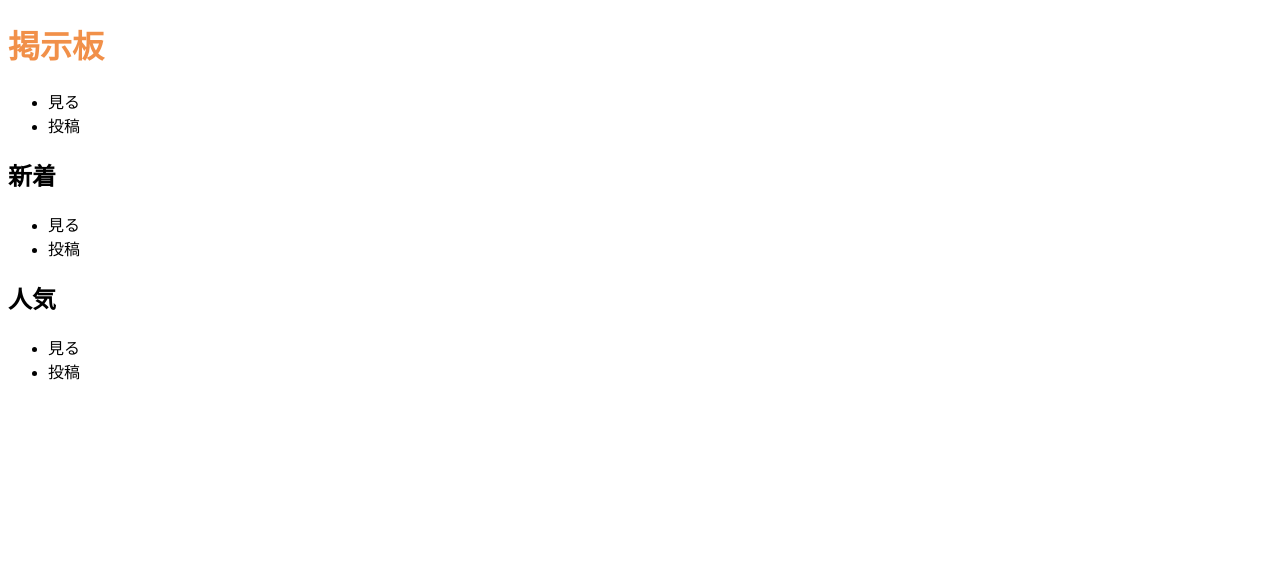
Repository: KustomApe/LandorusInc
Page: index.html
These files come from the project's save history. The page is drawn as it stood at one moment and after the next save; the edit follows.
The browser window is 1280 px wide. The pictures show the whole page.

Above is the page before, as saved 2021-06-26 15:18:23.

### index.html
<!DOCTYPE html>
<html lang="ja">
<head>
    <meta charset="UTF-8">
    <meta http-equiv="X-UA-Compatible" content="IE=edge">
    <meta name="viewport" content="width=device-width, initial-scale=1.0">
    <title>掲示板</title>
    <link rel="stylesheet" href="./css/style.css">
</head>
<body>
<h1>掲示板</h1>
<ul>
    <li>見る</li>
    <li>投稿</li>
</ul>
<h2>新着</h2>
<ul>
    <li>見る</li>
    <li>投稿</li>
</ul>
<h2>人気</h2>
<ul>
    <li>見る</li>
    <li>投稿</li>
</ul>
</body>
</html>

### css/style.css
@charset "utf-8";

h1 {
    color: #F19049;
}

After the next save:
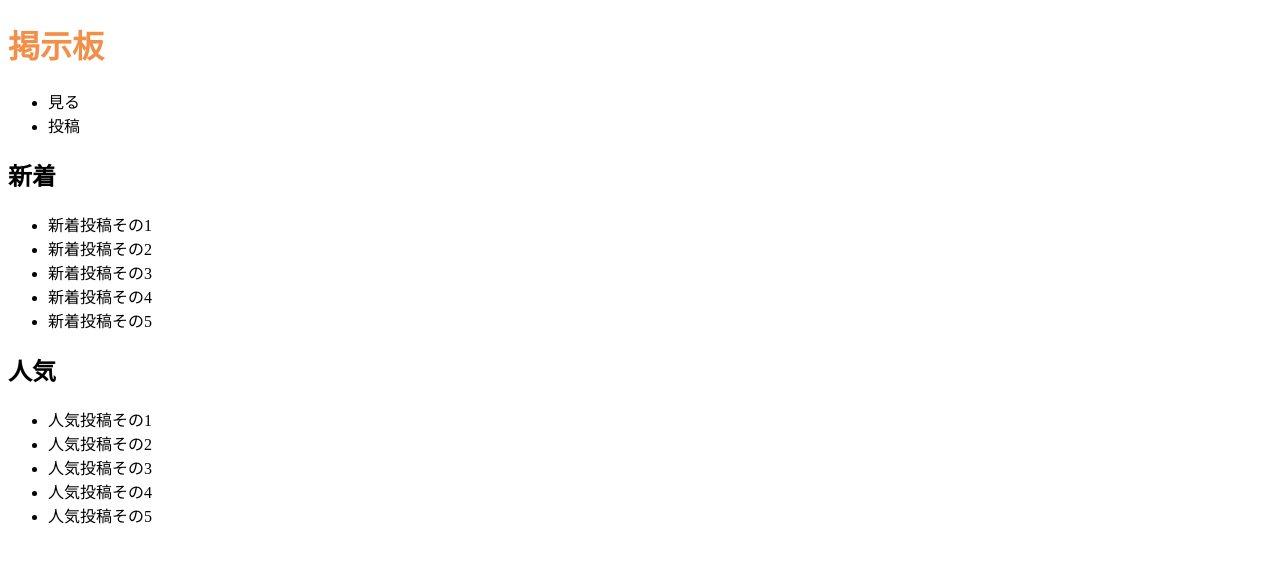
Saved 35 s later.
--- a/index.html
+++ b/index.html
@@ -15,13 +15,19 @@
 </ul>
 <h2>新着</h2>
 <ul>
-    <li>見る</li>
-    <li>投稿</li>
+    <li>新着投稿その1</li>
+    <li>新着投稿その2</li>
+    <li>新着投稿その3</li>
+    <li>新着投稿その4</li>
+    <li>新着投稿その5</li>
 </ul>
 <h2>人気</h2>
 <ul>
-    <li>見る</li>
-    <li>投稿</li>
+    <li>人気投稿その1</li>
+    <li>人気投稿その2</li>
+    <li>人気投稿その3</li>
+    <li>人気投稿その4</li>
+    <li>人気投稿その5</li>
 </ul>
 </body>
 </html>
